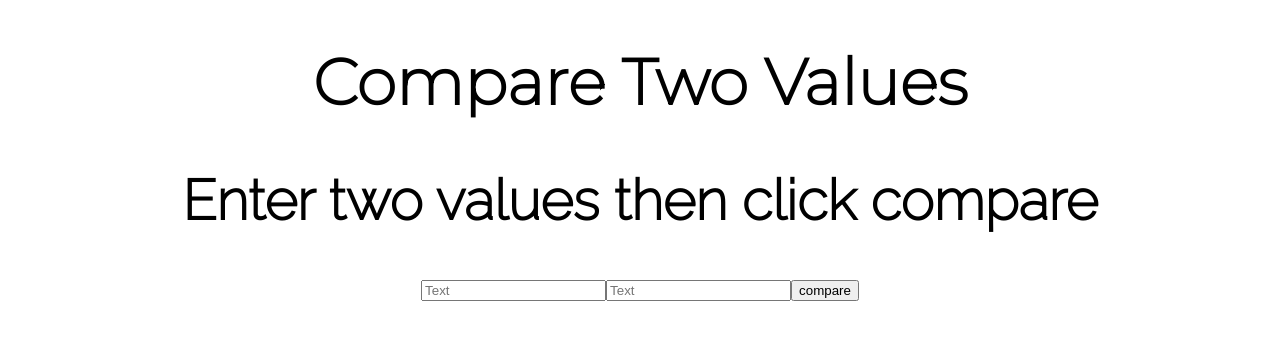
Repository: thecptwaffles/compareWebApp
Page: index.html
An editor plug-in stored every save of this project. The page is shown before and after the next save, followed by the edit.
The browser window is 1280 px wide. The pictures show the whole page.

Above is the page before, as saved 2022-10-04 20:26:20.

### index.html
<!DOCTYPE html>
<html lang="en">

<head>
  <meta charset="UTF-8">
  <meta name="viewport" content="width=device-width, initial-scale=1.0">
  <meta http-equiv="X-UA-Compatible" content="ie=edge">
  <link rel="stylesheet" href="style.css">
  <title>Compare</title>
</head>

<body>

  <h1>Compare Two Values</h1>

  <h2>Enter two values then click compare</h2>

  <div class="inputs">

    <input id="userInput" type="text" placeholder="Text">

    <input id="userInputCompare" type="text" placeholder="Text">

    <button onclick="returnText()">compare</button>
  </div>


  <h2 id="cool"></h2>
  <script src="script.js"></script>
</body>

</html>

### style.css
@import url('https://fonts.googleapis.com/css2?family=Montserrat:wght@200&family=Raleway:wght@200&display=swap');

:root {
    --prim-font: 'Montserrat', sans-serif;
    --sec-font: 'Raleway', sans-serif;
    --primClr: #1d6862;
    --secClr: #00a972;
    --thrdClr: #715f58;
}

h1 {
    font-size: 4rem;
    text-align: center;
    font-family: var(--prim-font);
}

h2 {
    font-size: 3.5rem;
    text-align: center;
    font-family: var(--sec-font);
}

.inputs {
    display: flex;
    align-items: center;
    justify-content: center;
}

button {}

### script.js
var output = document.getElementById("cool")

function returnText() {
    let start = document.getElementById("userInput").value;
    let end = document.getElementById("userInputCompare").value;

    if (start == end) {
        output.innerHTML = "Same"
        output.style.color = "#69b00b";
    } else {
        output.innerHTML = "Not The Same!"
        output.style.color = "#b00b"
        output.style.textDecoration = "underline"
    }
}

After the next save:
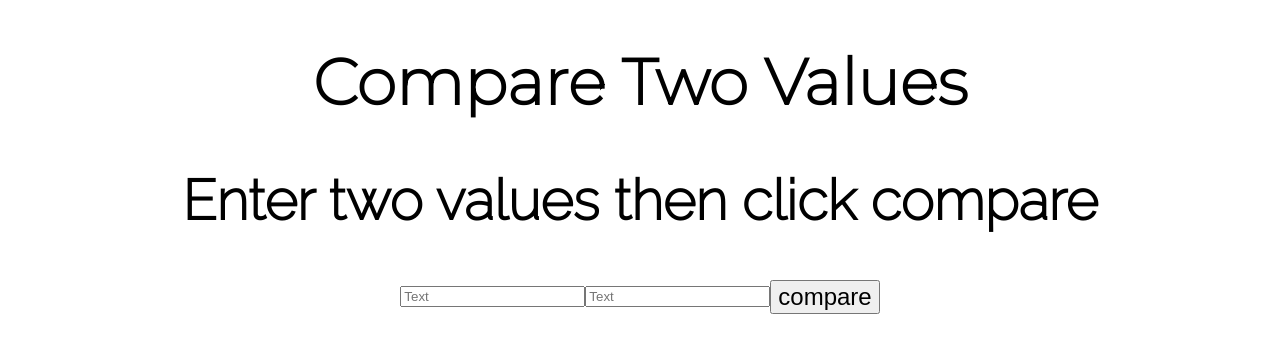
Saved 22 h 21 min later.
--- a/style.css
+++ b/style.css
@@ -24,6 +24,9 @@ h2 {
     display: flex;
     align-items: center;
     justify-content: center;
+    margin-bottom: 50px;
 }
 
-button {}
+button {
+    font-size: 1.5rem;
+}
